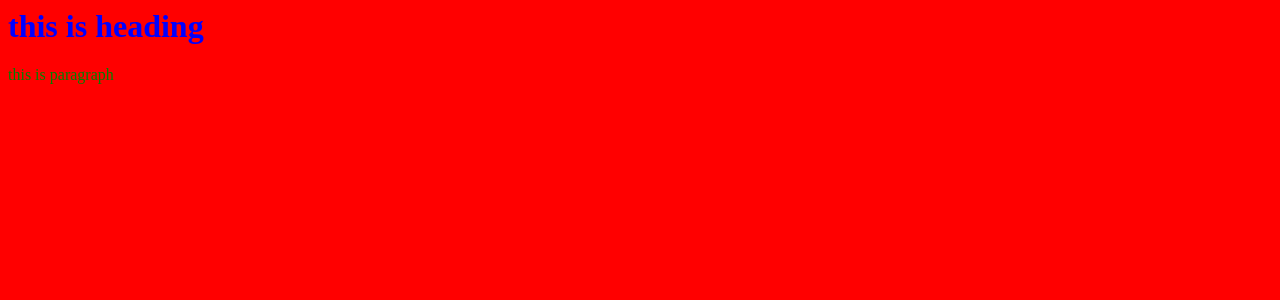
Repository: pratixa-chauhan/practice
Page: style/file2.html
The author's editor kept a copy of each file at every save. The page is drawn from the files as they stood at one save, then again after the next save.
The browser window is 1280 px wide. The pictures show the whole page.

Above is the page before, as saved 2021-12-16 13:19:52.

After the next save:
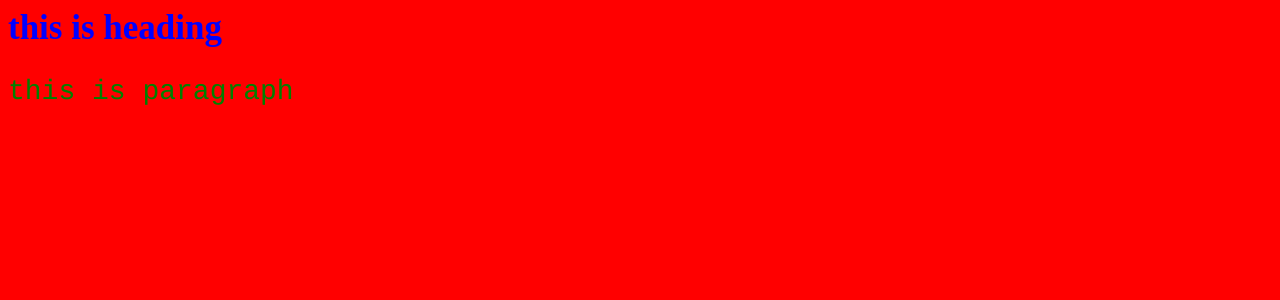
Saved 5 min 38 s later.
--- a/style/file2.html
+++ b/style/file2.html
@@ -2,8 +2,16 @@
     <head>
         <style>
             body {background-color: red;}
-            h1 {color: blue;}
-            p {color: green;}
+            h1 {
+                color: blue;
+                font-family: roman;
+                font-size: 35;
+            }
+            p {
+                color: green;
+                font-family: courier;
+                font-size: 28
+            }
         </style>
         <body>
             <h1>this is heading</h1>
